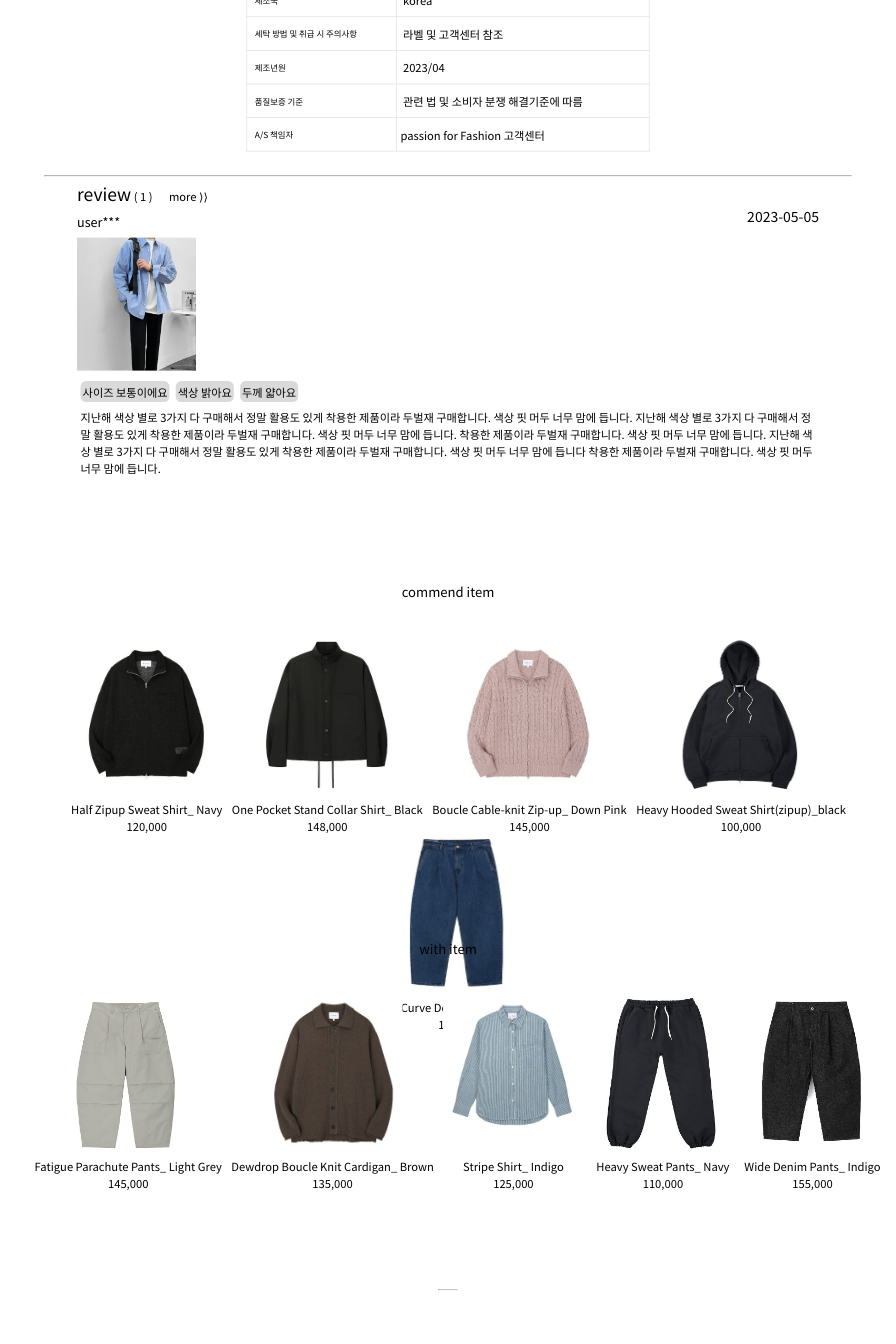
Repository: mcw9503/PassionForFashion
Page: Semi_Project/src/main/webapp/WEB-INF/Product_Information.html
An editor plug-in stored every save of this project. The page is shown before and after the next save, followed by the edit.
The browser window is 1280 px wide. The pictures show the part of the page from y = 3449 to 5369 px (the page is 6308 px tall before and 6306 px after), at 70% of full size.

Above is the page before, as saved 2023-05-08 13:04:11.

### Semi_Project/src/main/webapp/WEB-INF/Product_Information.html
<!DOCTYPE html>
<html>
<head>
<meta charset="utf-8">
<title>passion for Fashion</title>
<link href="https://fonts.googleapis.com/earlyaccess/notosanskr.css"
	rel="stylesheet">
</head>

<style>
* {
	outline: none;
	margin: 0;
	font-family: 'Noto Sans KR', sans-serif;
}

ul{
	text-align: center;
}

 li{
 	display: inline-block;
 	list-style: none;
 	margin:auto;
 	margin-right: 10px;
 }

 li img{
  	width: 200px;
  	height: 230px;

 }

 li p {
 	font-weight: 200;
 }

 a 	{
 color: black;
 text-decoration: none;
 }

#order-wrap {
	width: 1200px;
	background: white;
	height: 610px;
	display: flex;
	flex-flow: nowrap;
	justify-content: space-around;
	margin: auto;
}

.top {
	margin-bottom: 10px;
}

.productNo {
	display: inline-block;
	margin-right: 50px;
	font-size: 20px;
}

#brandName {
	display: inline-block;
	margin-right: 50px;
	font-size: 20px;
	font-weight: 200;
}

.brandNameBox {
	line-height: 50px;
	height: 50px;
}

#movebtn {
	font-size: 25px;
	font-weight: 200;
}

#discount {
	display: inline-block;
	border-radius: 10px;
	font-size: 30px;
	width: 60px;
	height: 30px;
	text-align: center;
	color: black;
}

#discount span {
	font-size: 15px;
}

#productResult {
	position: relative;
	background: white;
	padding: 10px;
	margin-top: 10px;
	height: 120px;
	padding-bottom: 5px;
	display: none;
	border: 1px solid #dfdfdf;
}

.right {
	width: 40%;
}

.left {
	width: 50%;
}

.left img {
	width: 90%;
	height: 100%;
}

h2 {
	margin-right: 30px;
}

#originPrice {
	margin-right: 40px;
	font-size: 25px;
	text-decoration: line-through;
}

#discountPrice {
	font-size: 35px;
}

b {
	font-size: 20px;
}

.btnbox>button:nth-child(-n+3) {
	display: inline-block;
	width: 30px;
	height: 100%;
	font-size: 18px;
	background: white;
	border-style: none;
	font-weight: 200;
	margin: 0px;
	border: 1px solid #dfdfdf;
	padding: 0px;
	box-shadow: 2px 2px 2px #666;
}

.btnbox>button:nth-child(-n+3):active {
	box-shadow: 2px 2px 2px white;
}

.btnbox>button:nth-child(-n+3):hover {
	border-color: 2px sold #dfdfdf;
	color: black;
}

.btnbox {
	position: relative;
	height: 30px;
	margin-top: 15px;
	margin-bottom: 5px;
}

#buybtn {
	width: 100%;
	height: 40px;
	margin-top: 10px;
	border-radius: 5px;
	background-color: black;
	color: white;
	font-weight: 200;
}

#cartbtn {
	width: 100%;
	height: 38px;
	margin-top: 10px;
	border-radius: 5px;
	background-color: white;
	border: 1px solid #dfdfdf;
	color: black;
	font-weight: 200;
}

.productCount {
	display: inline-block;
}

select {
	width: 150px;
	text-align: center;
	height: 40px;
	width: 100%;
	border: 1px solid #dfdfdf;
	color: rgb;
}

h4 {
	font-weight: 200;
}

h3 {
	font-weight: 200;
}


.productNO {
	margin: 0px;
}

p b {
	font-weight: 200;
}

.movebtn {
	float: right;
	font-weight: 200;
	font-size: 20px;
}

.reviewbox {
	width: 1100px;
	margin: auto;
	height: 50px;
	background-color: white;
	height: 50px;
	margin-top: 30px;
}

.reviewbox>h3:hover {
	color: black;
}

.reviewbox>h3 {
	text-align: center;
	background-color: white;
	width: 270px;
	display: inline-block;
	margin: 0px;
	height: 100%;
	line-height: 50px;
	border: 1px solid #dfdfdf;
	color: black;
}

.reviewbox>h3:after {
	display: block;
	content: '';
	border-bottom: solid 3px dimgray;
	transform: scaleX(0);
	transition: transform 250ms ease-in-out;
}

.reviewbox>h3:hover:after {
	transform: scaleX(1);
}

.Infobox {
	text-align: center;
	width: 1200px;
	margin: auto;;
}

.imgbox>img {
	width: 800px;;
	height: 950px;
	margin: auto;
	margin-top: 20px;
	margin-bottom: 20px;
	display: block;
}

.imgbox>img:nth-child(2) {
	width: 600px;
	height: 550px;
	margin: auto;
	margin-top: 20px;
	margin-bottom: 20px;
	display: block;
}

.imgbox {
	margin: auto;
	width: 1200px;
	text-align: center;
}

.textReview h2 {
	float: left;
}

.reviewNum {
	display: inline-block;
}

.productInfo {
	margin: auto;
	padding: 10px;
	width: 80%;
}

.productInfo:first-child {
	width: 60%;
	border: 1px solid #dfdfdf;
	border-top: 3px solid black;
	border-collapse: collapse;
}

.productInfo:first-child td {
	border: 1px solid #dfdfdf;
	height: 45px;
	font-weight: 200;
}

.productInfo tr td b {
	float: left;
	font-size: 12px;
	font-weight: 200;
	margin-left: 10px;
}

.productInfo tr td+td {
	margin-left: 10px;
	text-align: left;
}

.removeProudct {
	font-weight: bold;
	font-size: 20px;
	right: 10px;
	width: 30px;
	height: 30px;
	background: none;
	border-style: none;
	display: inline-block;
}

input[type="number"]::-webkit-outer-spin-button, input[type="number"]::-webkit-inner-spin-button
	{
	-webkit-appearance: none;
	margin: 0;
}

.buyCount {
	padding: 0px;
	margin: 0px;
	border: 1px solid #dfdfdf;
}

.buyCount:focus {
	outline: none;
}

.buyCount:hover {
	border: 1px solid #dfdfdf;
}

.size:focus {
	outline: none;
}

.reviewWrap {
	height: 450px;
	margin: auto;
}

.textbox {
	width: 100%;
}

.reviewComment {
	display: inline-block;
	background: rgb(218, 218, 218);
	border-radius: 8px;
	padding: 3px;
	color: black;
	margin-left: 5px;
}



</style>
<body>

	<main id="order-wrap">
		<!-- 구매창 컨테이너 -->
		<div class="left">
			<!-- 구매창 왼쪽 사진 넣는 곳 -->
			<img src="img/shirts.jpg">
		</div>
		<div class="right">
			<!-- 상품 정보 -->
			<div class="top">
				<div class="brandNameBox">
					<h3 id="brandName">passion for Fashion</h3>
					<span class="movebtn">&rang;&rang;</span> <br> <br>
					<!-- 브랜드명 옆 > 모양 -->
				</div>
				<div style="font-size: 20px; font-weight: 200;">상품명 :</div>
				<h2 class="productName" style="font-weight: 200; margin-bottom: 15px; font-size: 30px;"> oxpord shirts(blue)</h2>
				<hr style="color: #dfdfdf;">
				<div class="productNO">
					<span class="productNo" style="margin-top: 10px; font-size: 20px; font-weight: 200;">NO.11475413</span>
				</div>

				<h2 id="discount" style="font-size: 25px; font-weight: 200;">
					10 <span>%</span>
					<!-- 할인율 -->
				</h2>
				<div id="originPrice"
					style="font-size: 25px; display: inline-block; font-weight: 200; margin-right: 220px;">10,000</div>
				<span id="discountPrice" style="font-size: 35px; float: rightl; font-weight: 200;">9,000</span>
				<!-- 상품가격 -->
			</div>
			<div>
				배송정보
				<p>
					택배배송 <b>| 3,000</b>
				</p>
				<h3>사이즈</h3>
				<form action="" method="get">
					<select class='size' name='size' required>
						<!-- 사이즈 선택 창 -->
						<option value='' style="font-size: 15px;">[필수] 옵션을 선택해주세요</option>
						<option value='S'>S</option>
						<option value='M'>M</option>
						<option value='L'>L</option>
						<option value='XL'>XL</option>
					</select>


					<div id="productResult">
						<!-- 사이즈 선택시 내려오는 창 -->
						<h4 class="productName" style="font-size: 15px;">
							상품명 : 옥스포드 셔츠 <span></span>
						</h4>
						<input type="hidden" name="productName" value="상품명">
						<div class="btnbox">
							<button id="decrease" type="button">-</button>
							<input type="number" class="buyCount"
								style="height: 29px; width: 29px; text-align: center;" value="1"
								name="buyCount" max="90" min="1" readonly>

							<button id="increase" type="button">+</button>

						</div>
						<button class="removeProudct" type="button" style="float: right;">
							<img src="img/close.png" style="width: 10px;">
						</button>
						<div style="display: inline-block; margin-top: 12px; font-weight: 200;">총 상품 가격</div>
						<strong class="productPrice" style="display: inline-block; margin-top: 12px; position: right; font-weight: 200;">
						</strong> <br>
					</div>
					<button id="buybtn">구매하기</button>
					<button id="cartbtn">장바구니</button>
				</form>
			</div>
		</div>
	</main>
	<div class="reviewbox">
		<!-- 상세정보 리뷰 연관 상품 반품 navbar -->
		<h3>
			<a href="javascript:window.scrollTo( 0, 2800 );">
				상세 정보
			</a>

		</h3>
		<h3>
			<a href="javascript:window.scrollTo( 0, 3500 );">
				리뷰
			</a>
		</h3>
		<h3>
			<a href="javascript:window.scrollTo( 0, 4250 );">
				연관 상품
			</a>
		</h3>
		<h3>
			<a href="javascript:window.scrollTo( 0, 5500 );">
			반품 및 교환
			</a>
		</h3>
	</div>
	<br>

	<div class="Infobox">
		<!-- 제품 사진 및 소개 칸 -->
		<div class="imgbox">
			<img src="img/shirts2.jpg"> <img src="img/shirts3.jpg"> <img
				src="img/shirts4.jpg">
		</div>
		<br>
		<div class="productInfo">
			<!-- 제품소재 를 담은 박스 -->
			<table class="productInfo">
				<!-- 제품소재 및 정보 테이블 -->
				<tr>
					<td><b>제품 소재</b></td>
					<td>&nbsp;&nbsp;Rayon 70% Nylon 30%</td>
				</tr>

				<tr>
					<td><b>색상</b></td>
					<td>&nbsp;&nbsp;제품명 참조</td>
				</tr>

				<tr>
					<td><b>제조사</b></td>
					<td>&nbsp;&nbsp;passion for Fashion</td>
				</tr>

				<tr>
					<td><b>제조국</b></td>
					<td>&nbsp;&nbsp;korea</td>
				</tr>

				<tr>
					<td><b>세탁 방법 및 취급 시 주의사항</b></td>
					<td>&nbsp;&nbsp;라벨 및 고객센터 참조</td>
				</tr>

				<tr>
					<td><b>제조년원</b></td>
					<td>&nbsp;&nbsp;2023/04</td>
				</tr>

				<tr>
					<td><b>품질보증 기준</b></td>
					<td>&nbsp;&nbsp;관련 법 및 소비자 분쟁 해결기준에 따름</td>
				</tr>

				<tr>
					<td><b>A/S 책임자</b></td>
					<td>&nbsp;passion for Fashion 고객센터</td>
				</tr>
			</table>
			<br>
		</div>
	</div>
	<hr style="color: #dfdfdf; width: 90%; margin: auto;">
	<div class="reviewWrap"
		style="margin-left: 110px; margin-right: 110px; margin-top: 5px;">
		<h3 style="display: inline-block; font-size: 25px; font-weight: 200;">review</h3>
		( <span>1</span> )
		<span style="margin-left: 20px; font-weight: 200;"> more &rang;&rang;</span>
<!-- 		<div style="font-weight: 200;"> -->
<!-- 			구매만족도<span class="reviewGrade" style="font-weight: 200;">5.0</span> -->
<!-- 		</div> -->
<!-- 		<div style="font-size: 20px; font-weight: 200;">★★★★☆</div> -->
		<div class="textbox">
			<div>
				<div class="nickName"
					style="font-size: 18px; margin-top: 10px; margin-bottom: 10px; display: inline-block; font-weight: 200;">user***</div>
				<span style="float: right; font-size: 20px; font-weight: 200;">2023-05-05</span>
			</div>
			<img src="img/review.jpg" alt=""
				style="width: 170px; height: 190px; display: inline-block; float: left; margin-bottom: 15px" />

			<div style="display: inline-block; width: 100%; margin-bottom: 30px;">
				<span class="reviewComment" style="font-weight: 400;">사이즈 보통이에요</span>
				<span class="reviewComment" style="font-weight: 400;">색상 밝아요</span>
				<span class="reviewComment" style="font-weight: 400;">두께 얇아요</span>

				<p style="margin-left: 5px; margin-top: 10px; font-weight: 200;">지난해 색상 별로 3가지 다
					구매해서 정말 활용도 있게 착용한 제품이라 두벌재 구매합니다. 색상 핏 머두 너무 맘에 듭니다. 지난해 색상 별로 3가지
					다 구매해서 정말 활용도 있게 착용한 제품이라 두벌재 구매합니다. 색상 핏 머두 너무 맘에 듭니다. 착용한 제품이라
					두벌재 구매합니다. 색상 핏 머두 너무 맘에 듭니다. 지난해 색상 별로 3가지 다 구매해서 정말 활용도 있게 착용한
					제품이라 두벌재 구매합니다. 색상 핏 머두 너무 맘에 듭니다 착용한 제품이라 두벌재 구매합니다. 색상 핏 머두 너무 맘에
					듭니다.</p>
			</div>
		</div>
	</div>
	<br>

		<div class="commProduct" style="width:100%; height:500px;margin-top: 100px; text-align: center;">
				<h3 style="margin-bottom: 50px; display:inline-block; font-weight: 200;">commend item</h3>
				<ul>
					<li>
						<a href="http://www.naver.com">
							<img alt="" src="img/cloths1.jpg">
							<p>Half Zipup Sweat Shirt_ Navy</p>
							<p>120,000</p>
						</a>
					</li>

					<li>
						<a href="http://www.naver.com">
							<img alt="" src="img/cloths2.jpg">
							<p>One Pocket Stand Collar Shirt_ Black</p>
							<p>148,000</p>
						</a>
					</li>

					<li>
						<a href="http://www.naver.com">
							<img alt="" src="img/cloths3.jpg">
							<p>Boucle Cable-knit Zip-up_ Down Pink</p>
							<p>145,000</p>
						</a>
					</li>

					<li>
						<a href="http://www.naver.com">
							<img alt="" src="img/cloths4.jpg">
							<p>Heavy Hooded Sweat Shirt(zipup)_black</p>
							<p>100,000</p>
						</a>
					</li>

					<li>
						<a href="http://www.naver.com">
							<img alt="" src="img/cloths5.jpg">
							<p>One Tuck Curve Denim Pants_ Indigo Blue</p>
							<p>150,000</p>
						</a>
					</li>
				</ul>

		</div>

		<div class="recommProduct" style="width:100%; height:500px; margin-top: 15px; margin: auto; text-align: center;">
				<h3 style="margin-bottom: 50px; margin-top: 10px; font-weight: 200;">with item</h3>
				<ul>
					<li>
						<a href="http://www.naver.com">
							<img alt="" src="img/cloths6.jpg">
							<p>Fatigue Parachute Pants_ Light Grey</p>
							<p>145,000</p>
						</a>
					</li>

					<li>
						<a href="http://www.naver.com">
							<img alt="" src="img/shirts7.jpg">
							<p>Dewdrop Boucle Knit Cardigan_ Brown</p>
							<p>135,000</p>
						</a>
					</li>

					<li>
						<a href="http://www.naver.com">
							<img alt="" src="img/shirts5.jpg">
							<p>Stripe Shirt_ Indigo</p>
							<p>125,000</p>
						</a>
					</li>

					<li>
						<a href="http://www.naver.com">
							<img alt="" src="img/pants2.jpg">
							<p>Heavy Sweat Pants_ Navy</p>
							<p>110,000</p>
						</a>
					</li>

					<li>
						<a href="http://www.naver.com">
							<img alt="" src="img/pants1.jpg">
							<p>Wide Denim Pants_ Indigo</p>
							<p>155,000</p>
						</a>
					</li>
				</ul>

		</div>

		<hr style="color: #dfdfdf; width: 2%; margin: auto; margin-bottom: 100px;">

		<div class="refundWrap" style="text-align: center;">
		<h3>배송 및 교환/환불 정보</h3>
		<br>
		<br>
			<img alt="" src="img/refund.jpg">
		</div>


	<script>

	const productName = document.getElementsByClassName("productName")[1]; // 드롭박스에 적힐 상품명

	const size = document.getElementsByClassName("size"); //사이즈 선택 창

	let buyCount = document.getElementsByClassName("buyCount")[0]; // 상품 수량
	const decrease = document.getElementById("decrease"); // 상품 수량 감소 버튼
	const increase = document.getElementById("increase"); // 상품 수량 증가 버튼
	let productPrice = document.getElementsByClassName("productPrice")[0];
	const buyBtn = document.getElementById("buyBtn");


	size[0].addEventListener("change", function(){	// select사이즈 의 value값이 바뀌면 실행

		for(const sizeSelect of size){
			if(sizeSelect.value != ''){
					document.getElementById("productResult").style.display='block'; //사이즈 가 선택으로 되어있을시 display block;
					productPrice.innerText=9000+3000;
					size[0].addEventListener("change", function(){	//사이즈를 선택 시 다시 다른 사이즈로 변경시 수량 1로 초기화
						buyCount.value = 1;

				})

				document.getElementsByClassName("removeProudct")[0].addEventListener("click", function(){ //x 버튼을 클릭시 수량구매창이 닫힌다.
					document.getElementById("productResult").style.display='none';
					sizeSelect.value = ''; // 사이즈를 선택으로 바뀐다.
				})


				} else if(sizeSelect.value == ''){
					document.getElementById("productResult").style.display='none';

				}
					productName.childNodes[1].innerText = sizeSelect.value;

			}
		})


	increase.addEventListener("click", function(){
		buyCount.value++;
		productPrice.innerText = buyCount.value*9000+3000;

	})

	decrease.addEventListener("click", function(){
		buyCount.value--;

		productPrice.innerText = buyCount.value*9000+3000;

		if(buyCount.value < 1){
			buyCount.value = 1
		productPrice.innerText = buyCount.value*9000+3000;

		}
	})



</script>




</body>
</html>

After the next save:
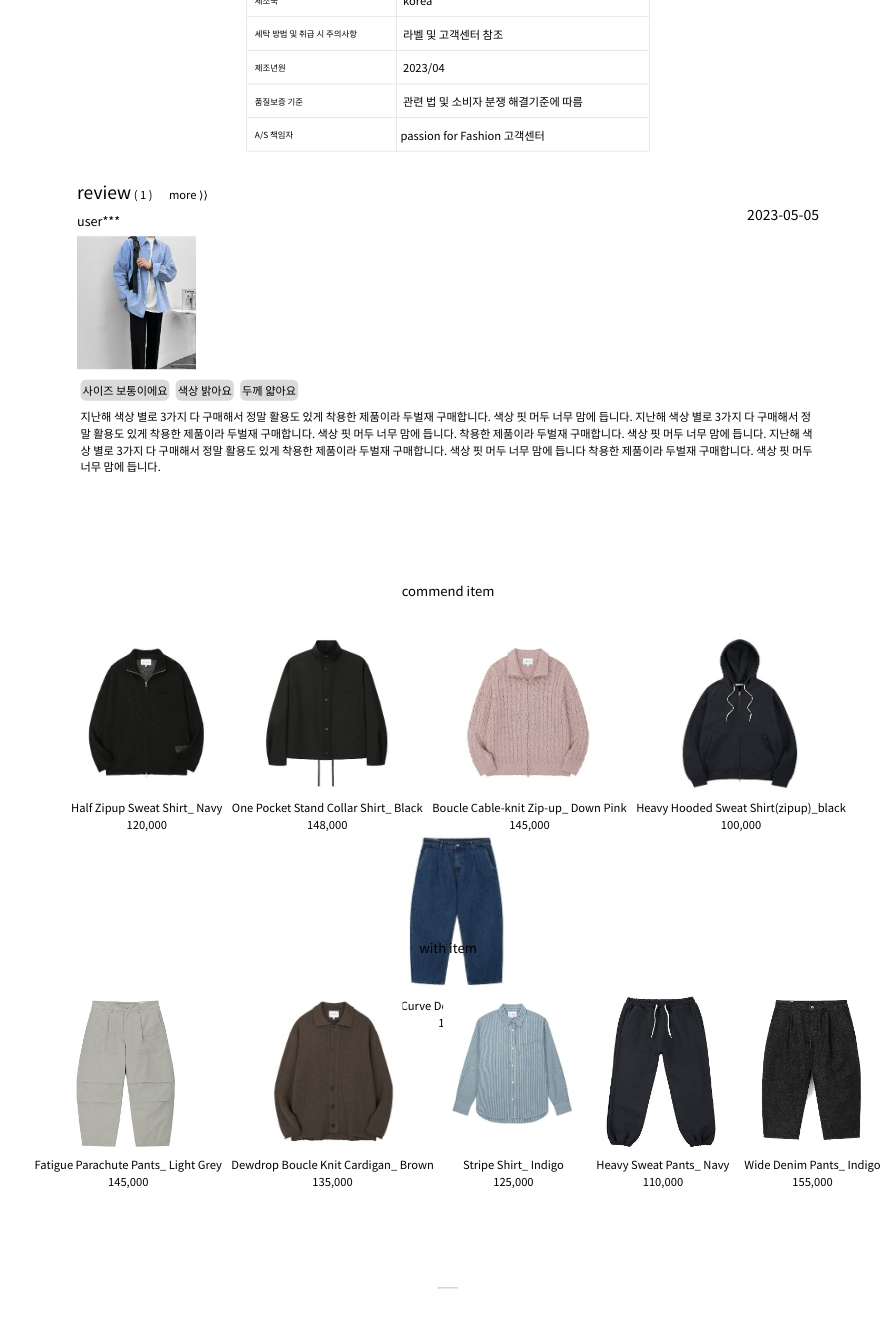
Saved 32 s later.
--- a/Semi_Project/src/main/webapp/WEB-INF/Product_Information.html
+++ b/Semi_Project/src/main/webapp/WEB-INF/Product_Information.html
@@ -539,7 +539,7 @@ input[type="number"]::-webkit-outer-spin-button, input[type="number"]::-webkit-i
 			<br>
 		</div>
 	</div>
-	<hr style="color: #dfdfdf; width: 90%; margin: auto;">
+<!-- 	<hr style="color: #dfdfdf; width: 90%; margin: auto;"> -->
 	<div class="reviewWrap"
 		style="margin-left: 110px; margin-right: 110px; margin-top: 5px;">
 		<h3 style="display: inline-block; font-size: 25px; font-weight: 200;">review</h3>
